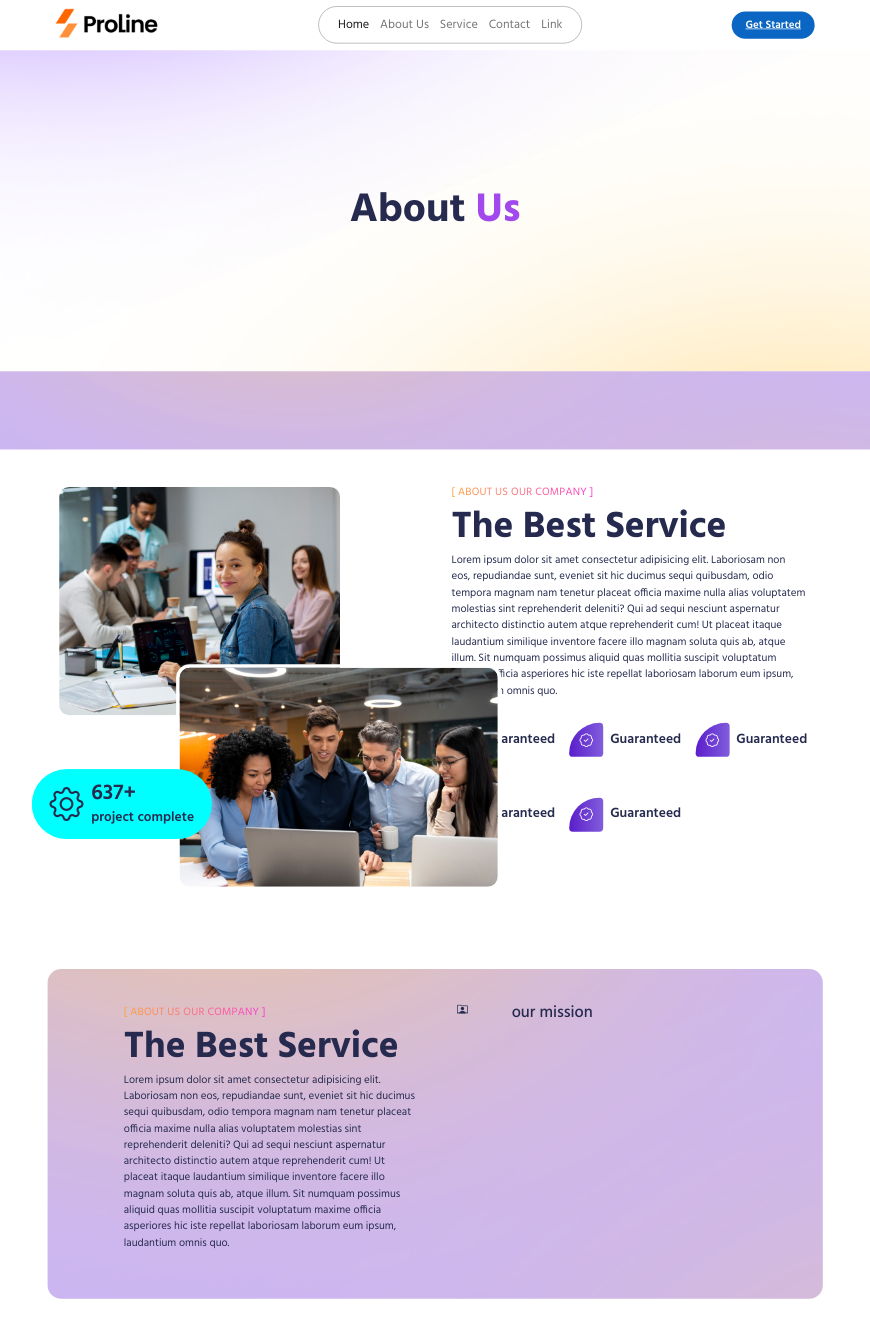
Repository: tagnam/corporate
Page: aboutus.html
An editor plug-in stored every save of this project. The page is shown before and after a run of saves, followed by the edit.
The browser window is 1280 px wide. The pictures show the whole page, at 68% of full size.

Above is the page before, as saved 2025-02-15 12:19:39.

After the next 2 saves:
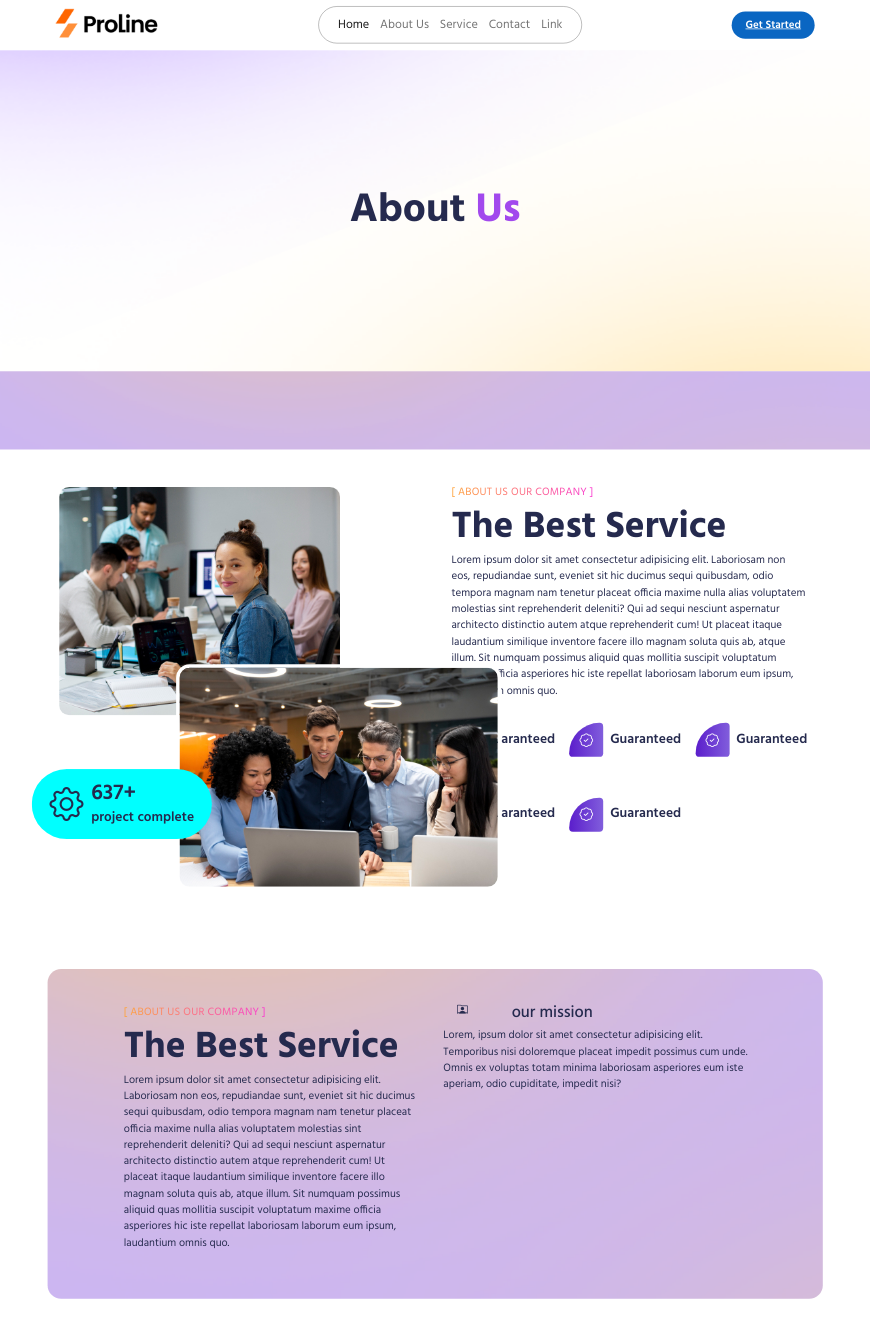
The 2 saves are shown as one change because they came seconds apart.
The last was saved 6 s later.
--- a/aboutus.html
+++ b/aboutus.html
@@ -216,7 +216,7 @@
                                             </div>
                                         </div>
                                         <div class="row">
-
+                                            <p>Lorem, ipsum dolor sit amet consectetur adipisicing elit. Temporibus nisi doloremque placeat impedit possimus cum unde. Omnis ex voluptas totam minima laboriosam asperiores eum iste aperiam, odio cupiditate, impedit nisi?</p>
                                         </div>
                                     </div>
                                     <div class="vission-card"></div>
